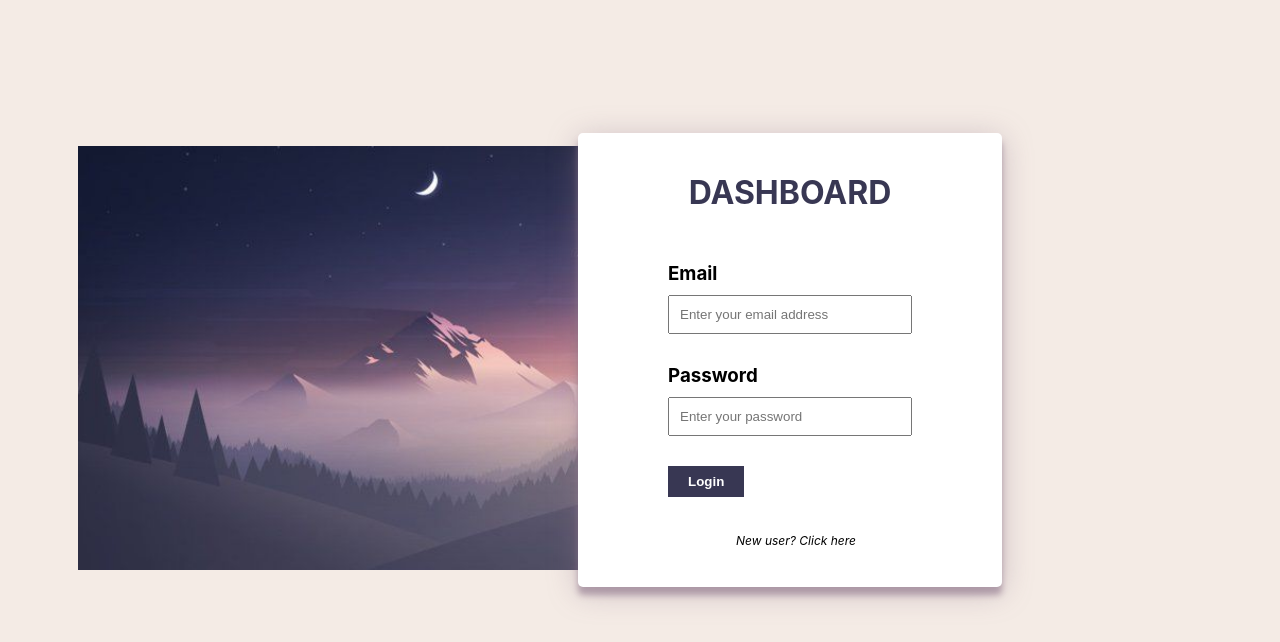
Repository: syni18/internshala-project
Page: /
These files come from the project's save history. The page is drawn as it stood at one moment and after the next save; the edit follows.
The browser window is 1280 px wide. The pictures show the whole page.
The project was rebuilt for these pictures with package versions that can differ from the ones it lists, and the page was loaded fresh each time. Also part of the build but not shown: src/dashboard/sidebar.css, src/dashboard/Sidebar.jsx, src/home/home.css, src/home/Home.jsx, src/profile/profile.css, src/profile/Profile.jsx, src/todocal/TodoList.jsx, src/todocal/Todo.jsx and 4 more.

Above is the page before, as saved 2022-08-30 16:19:33.

After the next save:
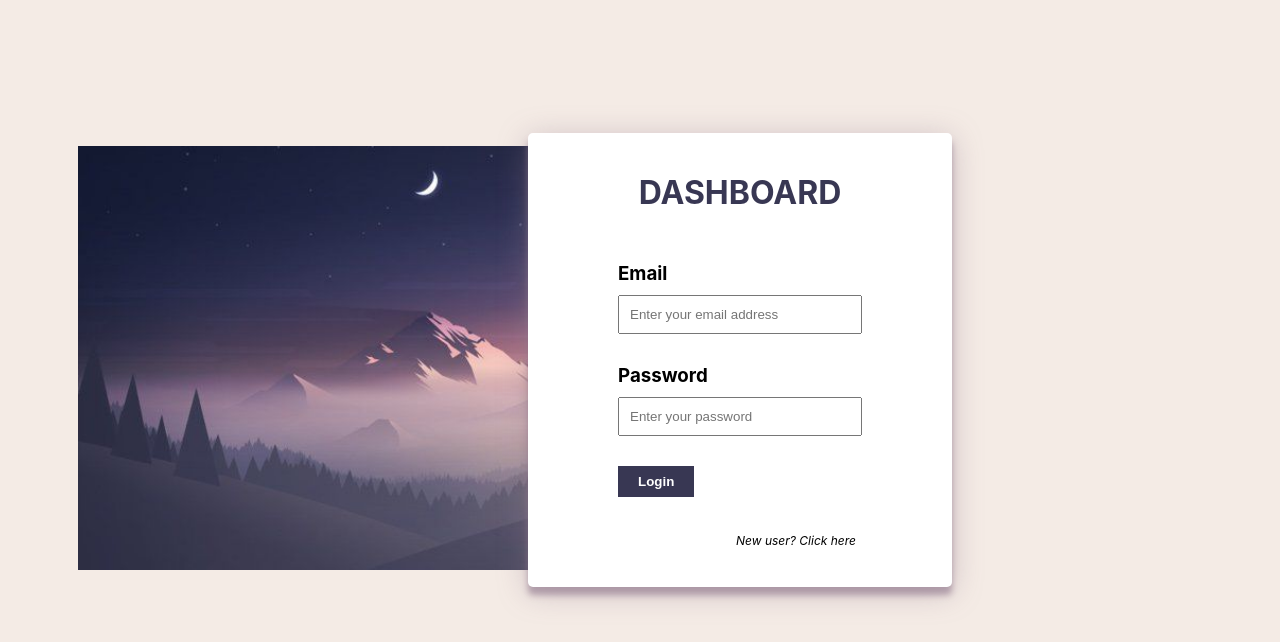
Saved 6 s later.
--- a/src/login/login.css
+++ b/src/login/login.css
@@ -18,7 +18,7 @@
     /* border: 3px solid rgb(56, 55, 83); */
     /* border-left: none; */
     position: relative;
-    right: 200px;
+    right: 250px;
     padding:90px;
     text-align: center;
     background-color: #fff;
